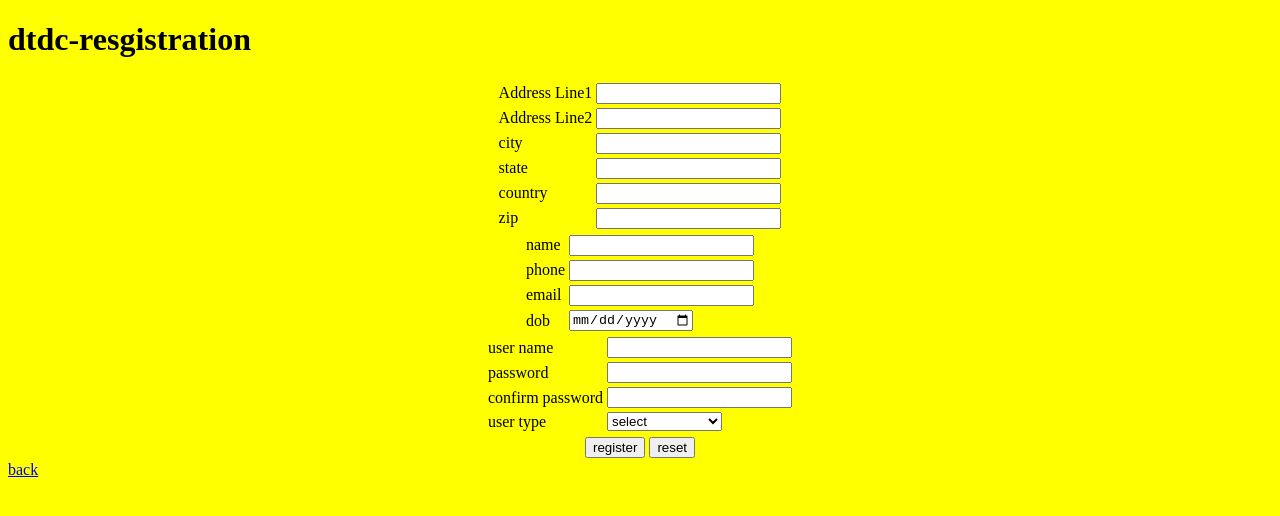
Repository: techkis4u/Kishor17
Page: http://localhost/cp_debit/WEB-INF/jsp/dtdc-registration.jsp
These files come from the project's save history. The page is drawn as it stood at one moment and after the next save; the edit follows.
The browser window is 1280 px wide. The pictures show the whole page.
The page is served by Tomcat 9. Nobody is signed in. Other server files are loaded and not shown. The template is opened directly, without the code that normally fills it, so the values that code supplies are empty.

Above is the page before, as saved 2019-12-02 22:11:38.

### Project/cp_debit/src/main/WebApp/WEB-INF/jsp/dtdc-registration.jsp
<%@ page language="java" contentType="text/html; charset=ISO-8859-1"
	pageEncoding="ISO-8859-1"%>
<%@ taglib uri="http://www.springframework.org/tags/form" prefix="form" %>
<%@ page isELIgnored="false" %>
<!DOCTYPE html>
<html>
<head>
<meta charset="ISO-8859-1">
<title>dtdc-resgistration</title>
</head>
<body style="background: yellow">
	<h1>dtdc-resgistration</h1>
	<form:form modelAttribute="dtdcRegistration">
		<div id="error-div">
			<span style="color: red">
				<form:errors path="*"/>
			</span>
		</div>
		<div align="center" id="address-div">
			<table>
				<tr>
					<td>Address Line1</td>
					<td>
						<form:input path="addressLine1"/>
					</td>
				</tr>
				<tr>
					<td>Address Line2</td>
					<td><form:input path="addressLine2"/></td>
				</tr>
				<tr>
					<td>city</td>
					<td><form:input path="city"/></td>
				</tr>
				<tr>
					<td>state</td>
					<td><form:input path="state"/></td>
				</tr>
				<tr>
					<td>country</td>
					<td><form:input path="country"/></td>
				</tr>
				<tr>
					<td>zip</td>
					<td><form:input path="zip"/></td>
				</tr>
			</table>
		</div>

		 <div align="center" id="user-div">
			<table>
				<tr>
					<td>name</td>
					<td><form:input path="name"/></td>
				</tr>
				<tr>
					<td>phone</td>
					<td><form:input path="phone"/></td>
				</tr>
				<tr>
					<td>email</td>
					<td><form:input path="email"/></td>
				</tr>
				<tr>
					<td>dob</td>
					<td><form:input path="dob" type="date"/></td>
				</tr>
			</table>
		</div>
		<div align="center" id="login-info-div">
			<table>
				<tr>
					<td>user name</td>
					<td><form:input path="userName"/></td>
				</tr>
				<tr>
					<td>password</td>
					<td><form:input path="password" type="password"/></td>
				</tr>
				<tr>
					<td>confirm password</td>
					<td><input type="password" name="confirmPassword"></td>
				</tr>
				<tr>
					<td>user type</td>
					<td>
					<form:select path="userType">
						<form:option value="">select</form:option>
						<form:option value="corporate">corporate</form:option>
						<form:option value="channel-pattner">channel-pattner</form:option>
						<form:option value="delivery-pattner">delivery-pattner</form:option>
					</form:select>
					</td>
				</tr>
			</table>
		</div>
		<div align="center" id="submit-div">
			<table>
				<tr>
					<td><input type="submit" value="register"></td>
					<td><input type="reset" value="reset"></td>
				</tr>
			</table>
		</div>
	</form:form>
	<a href="/dashboard.htm">back</a>
</body>
</html>

After the next save:
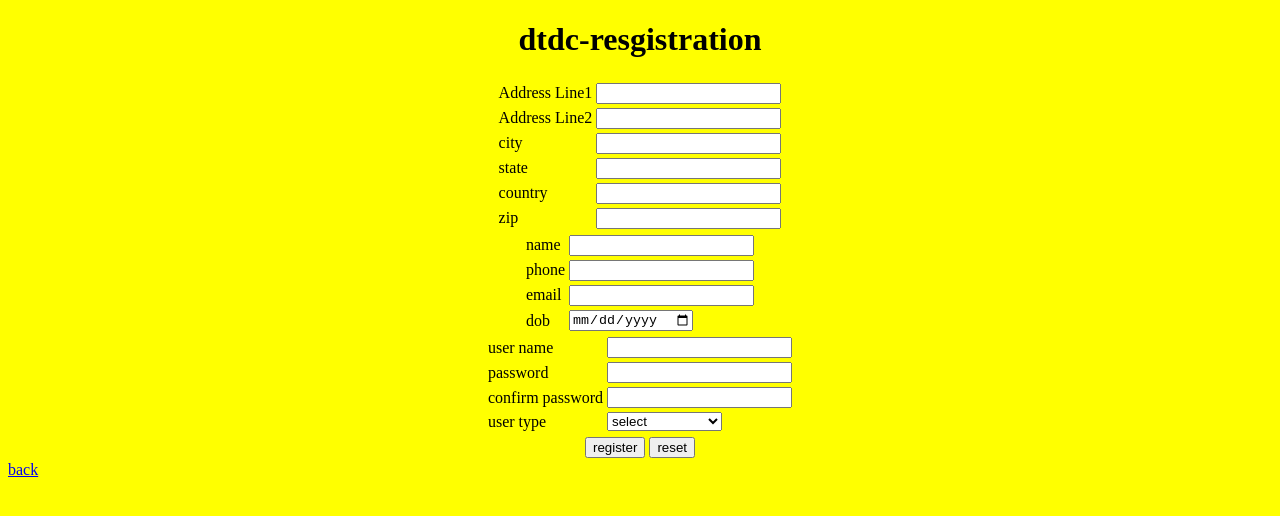
Saved 25 s later.
--- a/Project/cp_debit/src/main/WebApp/WEB-INF/jsp/dtdc-registration.jsp
+++ b/Project/cp_debit/src/main/WebApp/WEB-INF/jsp/dtdc-registration.jsp
@@ -9,7 +9,7 @@
 <title>dtdc-resgistration</title>
 </head>
 <body style="background: yellow">
-	<h1>dtdc-resgistration</h1>
+	<h1 align="center">dtdc-resgistration</h1>
 	<form:form modelAttribute="dtdcRegistration">
 		<div id="error-div">
 			<span style="color: red">
